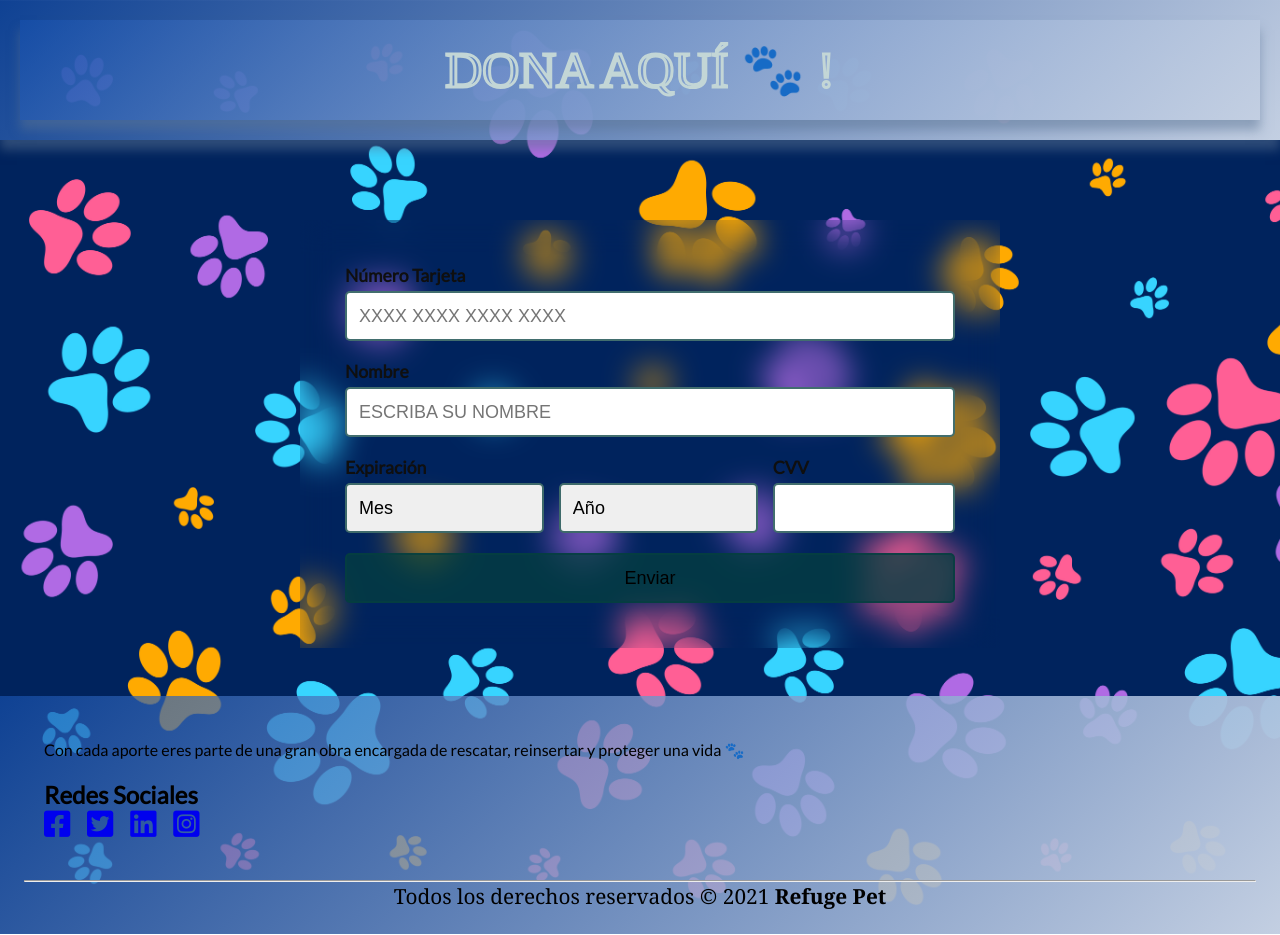
Repository: andreasvidal/SCL019-card-validation
Page: src/views/cardvalidation.html
The author's editor kept a copy of each file at every save. The page is drawn from the files as they stood at one save, then again after the next save.
The browser window is 1280 px wide. The pictures show the whole page.
Some web fonts or font styles are not loaded; a fallback is used. Some web libraries are served in a nearby version.

Above is the page before, as saved 2022-04-13 10:10:35.

After the next save:
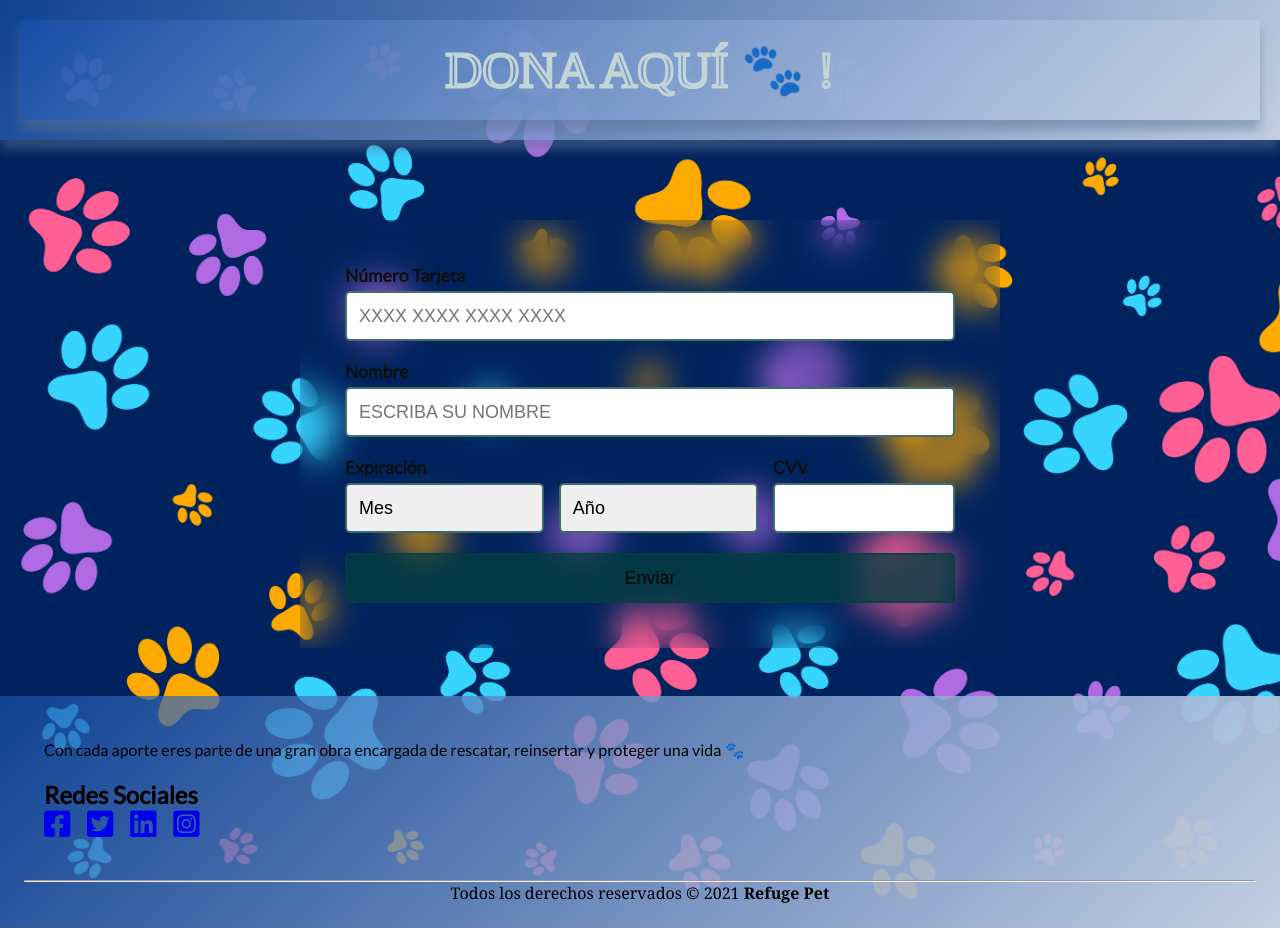
Saved 6 s later.
--- a/src/css/formstyle.css
+++ b/src/css/formstyle.css
@@ -140,5 +140,5 @@ footer {
     padding-top: 5rem;
     text-align: center;
     font-family: Georgia, 'Times New Roman', Times, serif;
-    font-size: 1.3rem;
+    font-size: 1rem;
 }
